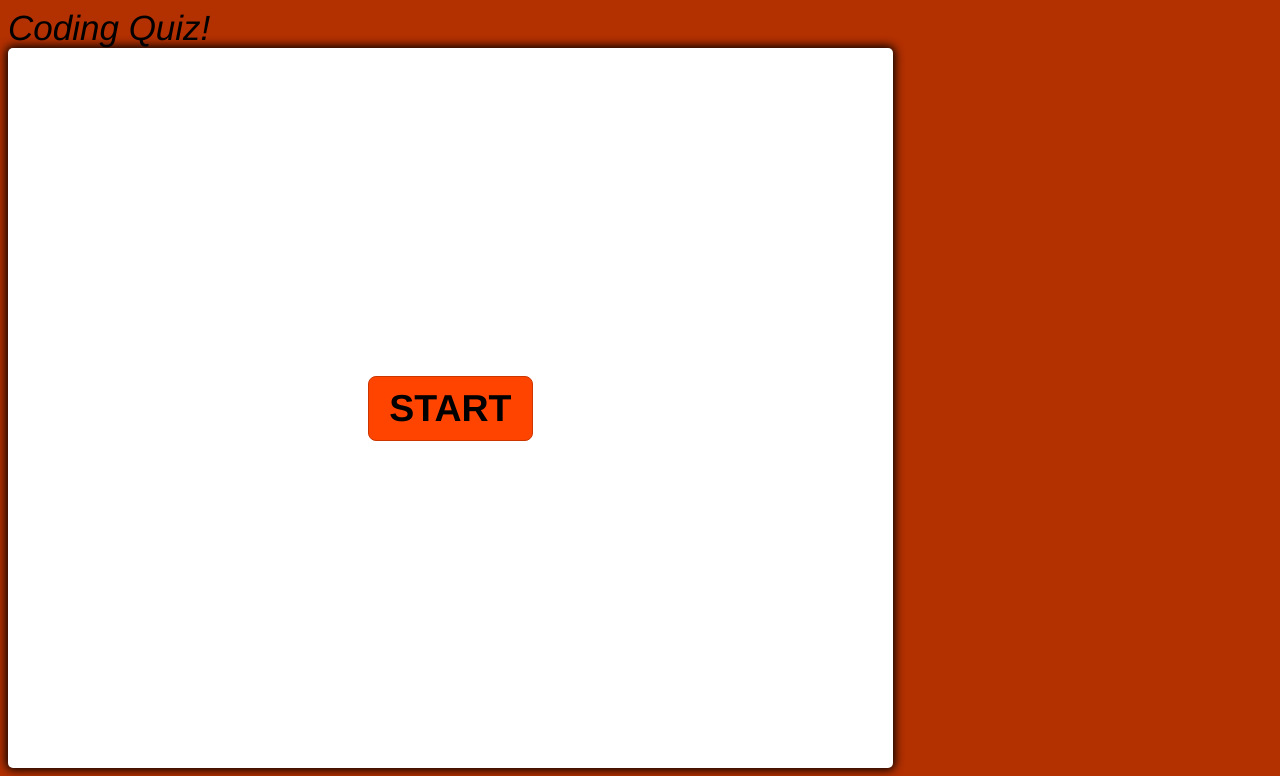
Repository: Vshepard879/Code-Quiz
Page: index.html
An editor plug-in stored every save of this project. The page is shown before and after the next save, followed by the edit.
The browser window is 1280 px wide. The pictures show the whole page.

Above is the page before, as saved 2022-03-18 19:18:32.

After the next save:
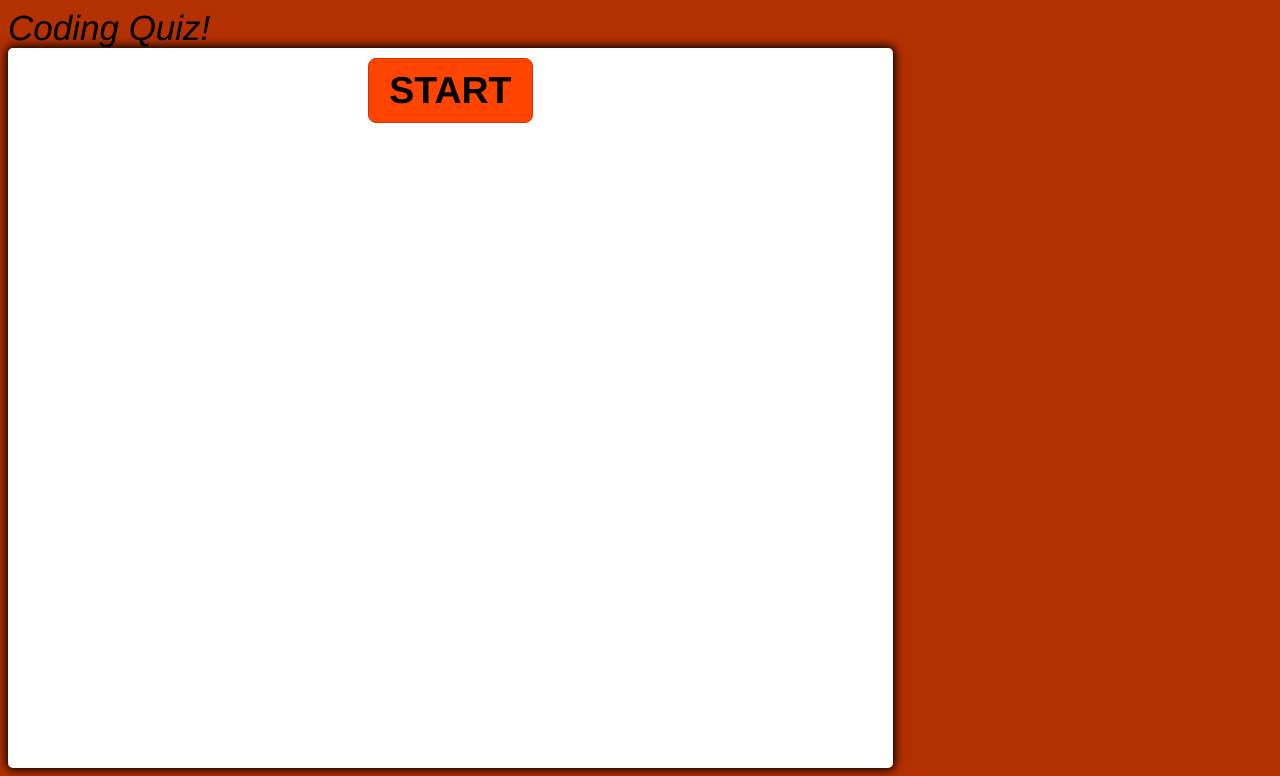
Saved 65 s later.
--- a/assets/css/style.css
+++ b/assets/css/style.css
@@ -36,10 +36,6 @@ body{
     border-radius: 5px;
     padding: 10px;
     box-shadow: 0 0 10px 2px;
-    padding: 0;
-    margin: 0;
-    display: flex;
-    flex-direction: column;
     width: 100vw;
     height: 100vh;
     justify-content:center;
